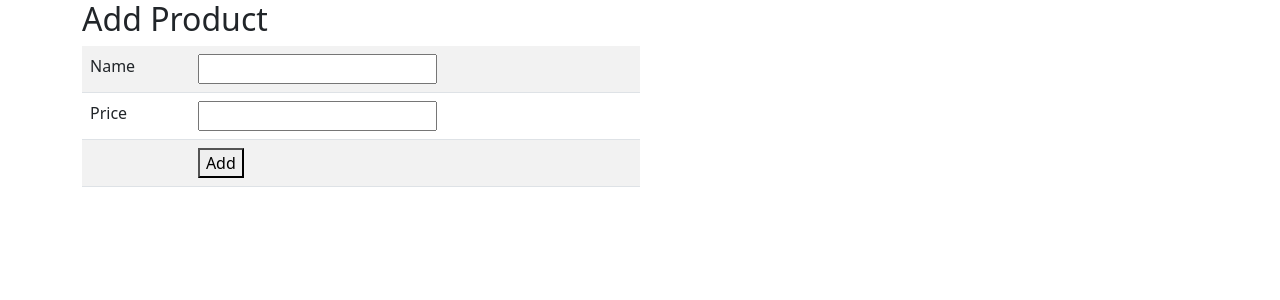
Repository: nguyenhung50497/MD3_thaoTacVoiFile
Page: BT_productManager2/templates/addProduct.html
An editor plug-in stored every save of this project. The page is shown before and after a run of saves, followed by the edit.
The browser window is 1280 px wide. The pictures show the whole page.
Some web libraries are served in a nearby version.

Above is the page before, as saved 2022-12-14 16:08:28.

After the next 2 saves:
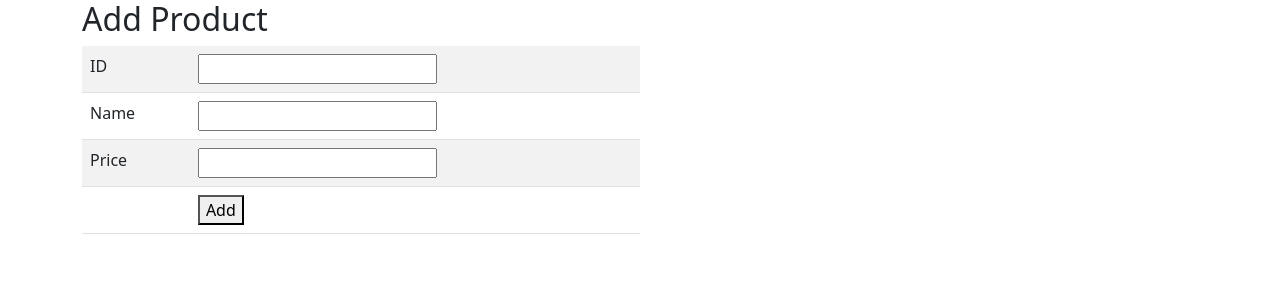
The 2 saves are shown as one change because they came seconds apart.
The last was saved 7 s later.
--- a/BT_productManager2/templates/addProduct.html
+++ b/BT_productManager2/templates/addProduct.html
@@ -11,7 +11,10 @@
         <h2>Add Product</h2>
         <form action="" method="post">
             <table class="table table-striped">
-
+                <tr>
+                    <td>ID</td>
+                    <td><input type="text" name="name"></td>
+                </tr>
                 <tr>
                     <td>Name</td>
                     <td><input type="text" name="name"></td>
